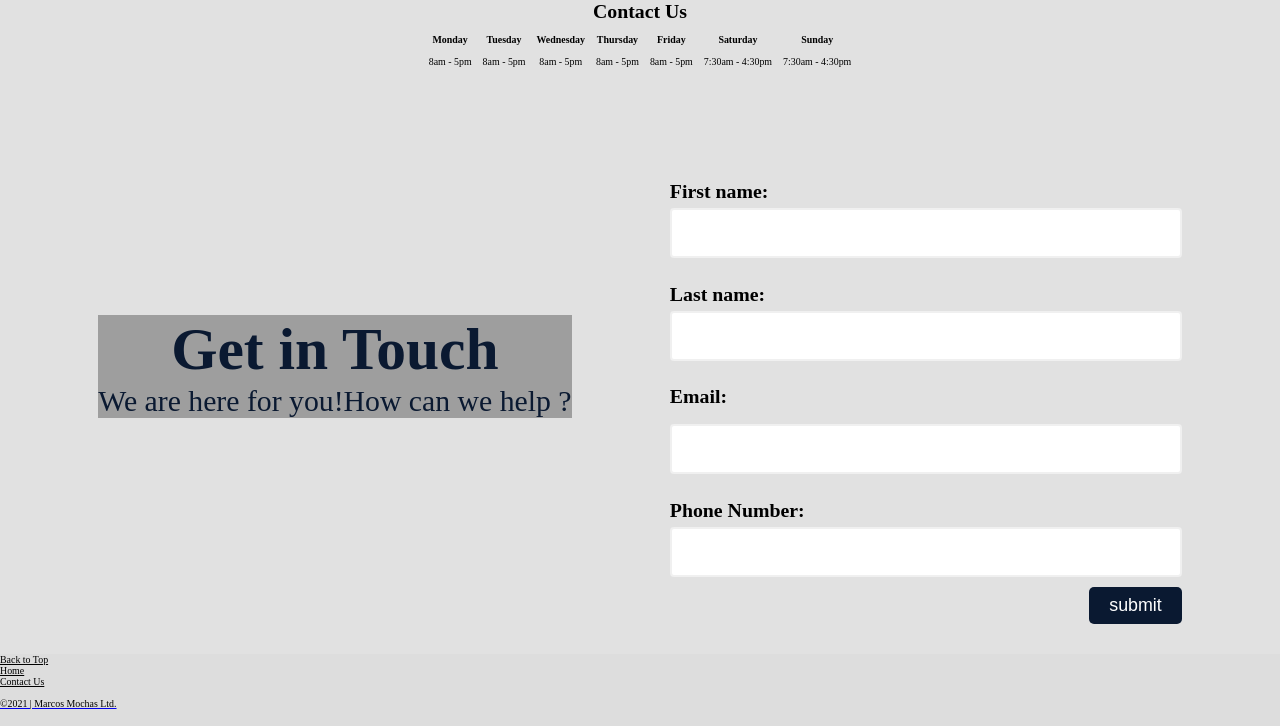
Repository: CAMPSLOPY/marcos-mochas
Page: HTML/contact.html
These files come from the project's save history. The page is drawn as it stood at one moment and after a run of saves; the edit follows.
The browser window is 1280 px wide. The pictures show the whole page.
Pictures or frames that could not be fetched are drawn as grey boxes.

Above is the page before, as saved 2021-07-02 19:31:58.

### HTML/contact.html
<!DOCTYPE html>
<html lang="en">
<head>
    <meta charset="UTF-8">
    <meta http-equiv="X-UA-Compatible" content="IE=edge">
    <meta name="viewport" content="width=device-width, initial-scale=1.0">
    <meta name="robots" content="index,follow" />
    <meta
      name="description"
      content=""
    />
    <link rel="stylesheet" href="/CSS/contact.css">
    <title>Contact Us</title>
</head>
<body>
    <header >
        <!--page hours title-->
        <h1  class="header-tex">Contact Us</h1>



    <div class="header-table-content">


        <!--Page hours and contact form-->
        <table cellspacing="11">
        <tr>
            <th>Monday</th>
            <th>Tuesday</th>
            <th>Wednesday</th>
            <th>Thursday</th>
            <th>Friday</th>
            <th>Saturday</th>
            <th>Sunday</th>
        </tr>
        <tr>
            <td>8am - 5pm</td>
            <td>8am - 5pm</td>
            <td>8am - 5pm</td>
            <td>8am - 5pm</td>
            <td>8am - 5pm</td>
            <td>7:30am - 4:30pm</td>
            <td>7:30am - 4:30pm</td>
        </tr>
        </table>
    </div>
</header>


<main>
<div class="form-content">
<div class="form-content-text">
    <h1>Get in Touch</h1>
    <p>We are here for you!How can we help ?</p>
    </div>

    <!--Hours table start here-->

        <!--Form starts here-->
        <!-- i wrapped the form inside a div content so that we can give it freedo
        when styling -->

            <form class="contact-form" action="">


                <div class="form-control">
                    <!--first name input/required-->
                    <label for="fname">First name:</label>
                    <input type="text" id="fname" name="fname" value="" required>
                </div>
               <div class="form-control">
                 <!--last name input/required-->
                 <label for="lname">Last name:</label>
                 <input type="text" id="lname" name="lname" value="" required>
               </div>

               <div class="form-control">
                  <!--email address input/required-->
                  <label for="email">Email:</label><br>
                  <input type="text" id="email" name="Email" value="" required>
               </div>

               <div class="form-control">
                   <!--Phone number input/not required-->
                <label for="Phone">Phone Number:</label>
                <input type="text" id="phone" name="Phone" value="">
               </div>

                <!--Submit button-->
                <button class="btn" type="submit">submit</button>
                      </form>
        </div>

    </main>

    <!--page navi links & copyright-->
    <footer>
        <div class="contact-footer">
        <ul>
            <!-- IDEA: img / just text for our "logo" -->
            <li><a href="#top">Back to Top</a></li>
            <li><a href="/HTML/Index.html">Home</a></li>
            <li><a href="/HTML/contact.html">Contact Us</la></li>
        </ul>
        </div>
        <br>
        <!--Copyright class -->
        <div class="copyright">
            <p>&copy;2021 | Marcos Mochas Ltd.</p>
        </div>
    </footer>
</body>
</html>

### CSS/contact.css

/* universal styling of the contact page */
* {
    margin: 0;
    padding: 0;
    box-sizing: border-box;
}

body{
    min-height: 100vh;
    background: #dddd;
}

html{
    font-size: 62%;
}

footer{
    min-height: 10vh;
    background: #dddd;
}

footer ul li a{
    color: black;
}

header{
    text-align: center;
    min-height: 10vh;

}
.header-table-content{
    display: flex;
    flex-direction: column;
    align-items: center;
    justify-content: center;
}

/* styling the Form */

.form-content{
   text-align: center;
   display: flex;
   min-height: 80vh;
justify-content: space-evenly;
align-items: center;


}

.form-content-text{
    font-size: 3rem;
    color: #0A1931;
    min-height: 100%;
    background-image: url('/contact-svg.svg');
}
.contact-form{
    width: 40%;
    height: 100%;
    position: relative;
}
.form-control{
    margin-top: 2rem;
    position: relative;

}

.form-control label{
  font-size: 2rem;
  display: block;
  text-align: left;
  font-weight: bold;
  padding: 5px 0px;
}
.form-control input{
    border: 2px solid #f0f0f0;
    border-radius: 4px;
    display: block;
    width: 100%;
    font-size: 14px;
    padding: 15px;
    outline: none;
}

.btn{
    padding: 8px 20px;
    cursor: pointer;
    position: absolute;
    right: 0;
    outline: none;
    border: none;
    background-color: #0A1931;
    color: #fff;
    margin-top: 1rem;
    border-radius: 5px;
    font-size: 1.8rem;
}

/* styling for hours table */

table {

}


/*Footer css code*/

/*The links at the bottom of the footer shouldnt be stacked up and placed at the bottom of the page*/

.contact-footer {

    color: black;
}

.copyright {
    color: black;
}

After the next 2 saves:
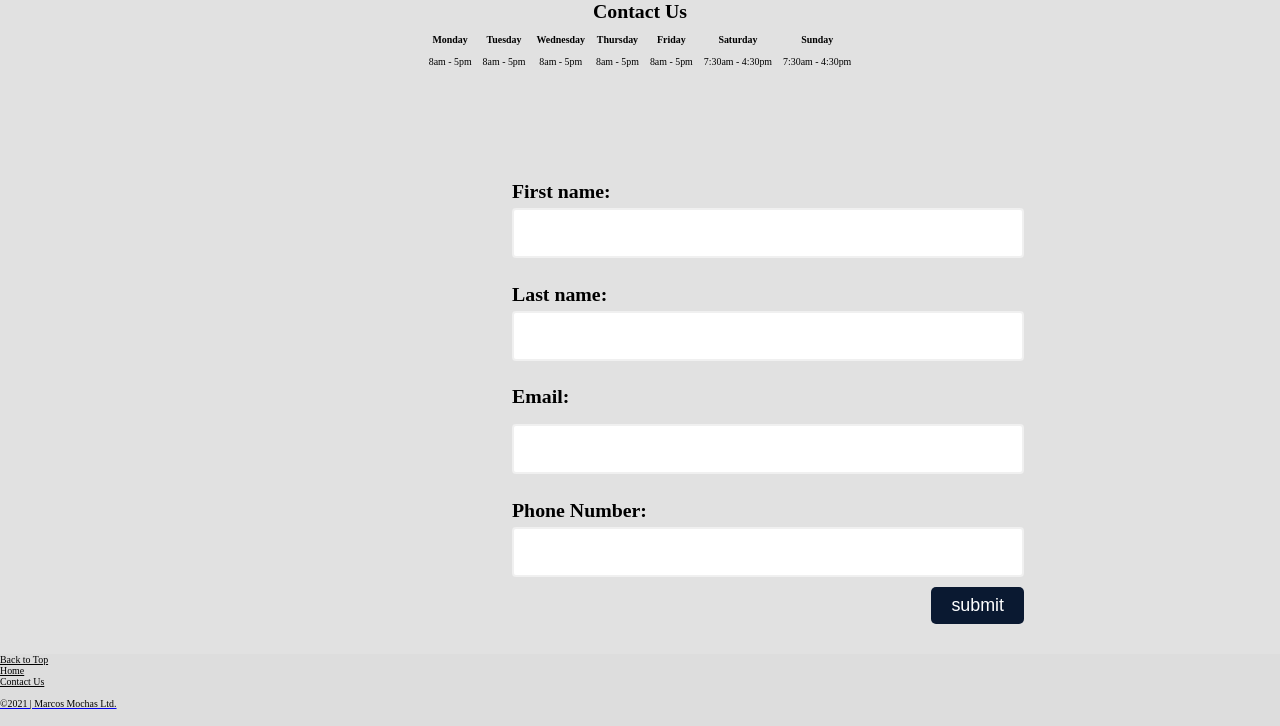
The 2 saves are shown as one change because they came seconds apart.
The last was saved 40 s later.
--- a/HTML/contact.html
+++ b/HTML/contact.html
@@ -50,8 +50,7 @@
 <main>
 <div class="form-content">
 <div class="form-content-text">
-    <h1>Get in Touch</h1>
-    <p>We are here for you!How can we help ?</p>
+    <img src="" alt="">
     </div>
 
     <!--Hours table start here-->
